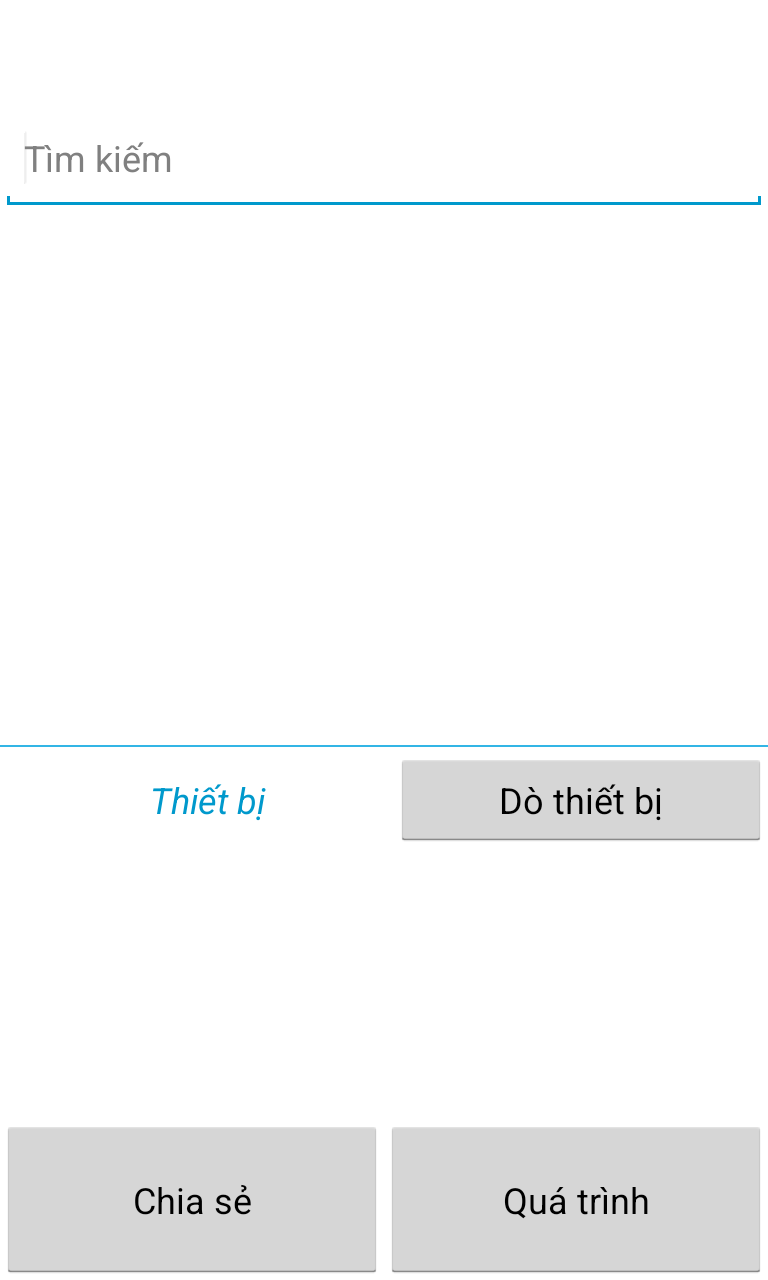
Repository: thinhnk55/android-appshare
Layout: ShareApp/res/layout/activity_main.xml
An editor plug-in stored every save of this project. The layout is shown before and after a run of saves, followed by the edit.
It is drawn on a 768 x 1280 px phone screen (xhdpi) without system bars, with theme AppTheme; the app's code is not run.

Above is the layout before, as saved 2014-07-17 15:51:30.

After the next 2 saves:
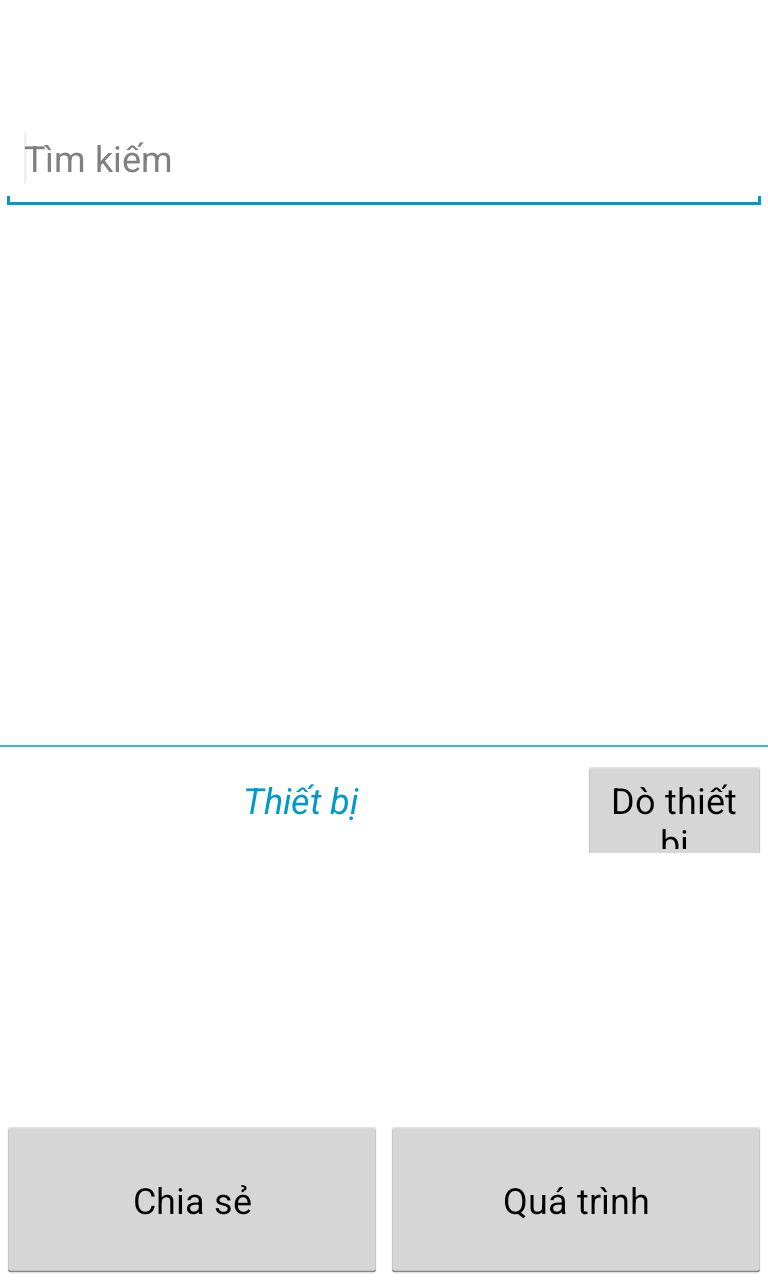
The 2 saves are shown as one change because they came seconds apart.
The last was saved 14 s later.
--- a/ShareApp/res/layout/activity_main.xml
+++ b/ShareApp/res/layout/activity_main.xml
@@ -60,7 +60,7 @@
                     android:layout_width="0dp"
                     android:layout_height="match_parent"
                     android:layout_marginLeft="10dp"
-                    android:layout_weight="10"
+                    android:layout_weight="15"
                     android:gravity="center"
                     android:text="@string/device"
                     android:textAppearance="?android:attr/textAppearanceMedium"
@@ -71,7 +71,7 @@
                     android:id="@+id/btScan"
                     android:layout_width="0dp"
                     android:layout_height="wrap_content"
-                    android:layout_weight="10"
+                    android:layout_weight="5"
                     android:gravity="center"
                     android:text="@string/scan" />
 
